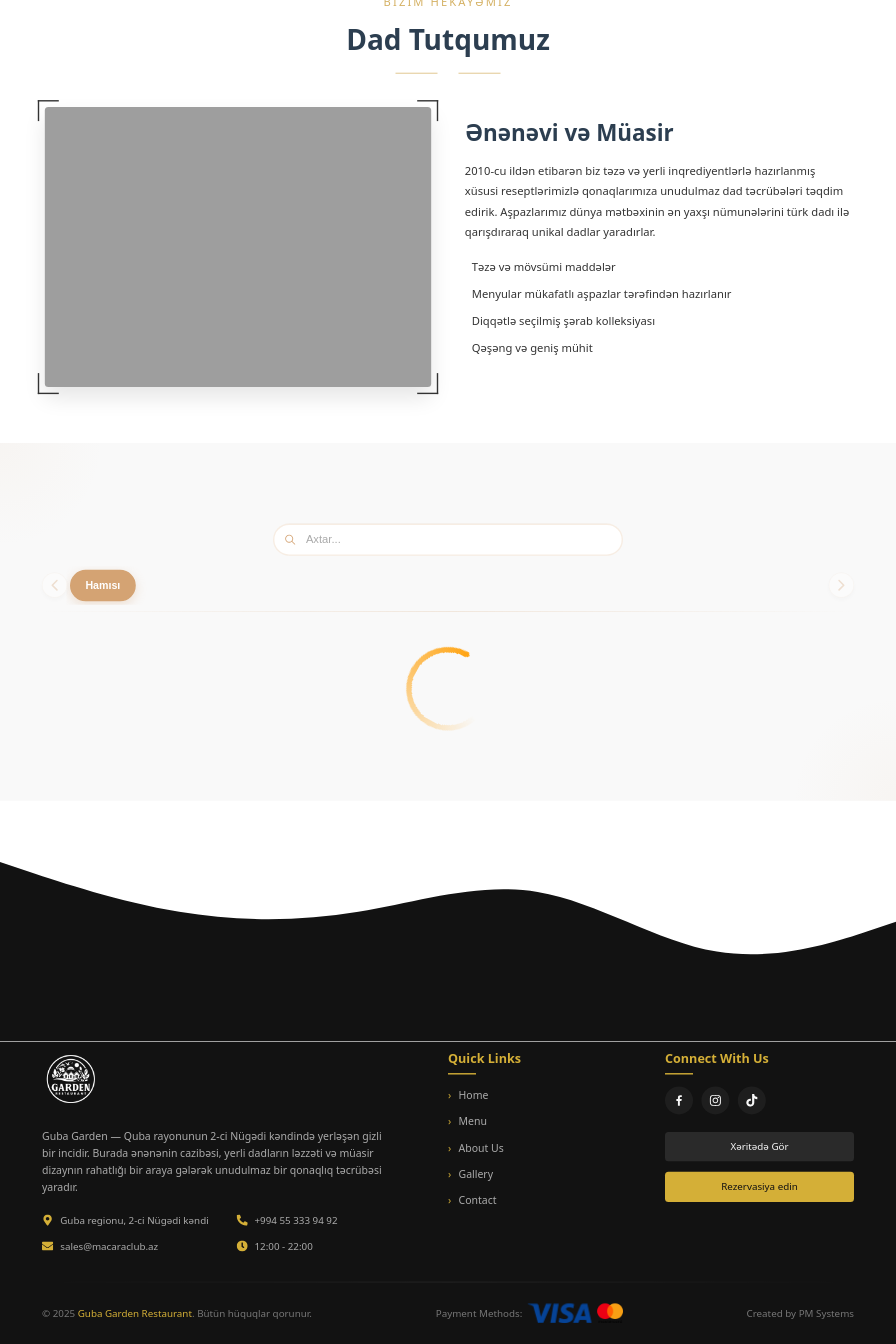
Repository: ferhadsultan98/menu-macara
Page: /
The author's editor kept a copy of each file at every save. The page is drawn from the files as they stood at one save, then again after the next save.
The browser window is 1280 px wide. The pictures show the part of the page from y = 810 to 2730 px (the page is 2730 px tall), at 70% of full size.
Pictures or frames that could not be fetched are drawn as grey boxes. The page's requests for data from a server got no answer. The project was rebuilt for these pictures with package versions that can differ from the ones it lists, and the page was loaded fresh each time. No one was signed in, and anything a server would have sent is missing. Also part of the build but not shown: vite.config.js.

Above is the page before, as saved 2025-04-18 14:44:52.

### index.html
<!doctype html>
<html lang="en">
  <head>
    <meta charset="UTF-8" />
    <link rel="shortcut icon" href="/src/assets/logo.png" type="image/x-icon">
    <meta name="viewport" content="width=device-width, initial-scale=1.0" />
    <title>Guba Garden - Menu</title>
  </head>
  <body>
    <div id="root"></div>
    <script type="module" src="/src/main.jsx"></script>
  </body>
</html>

### src/App.jsx
import React from "react";
import { I18nextProvider } from "react-i18next";
import i18n from "./Languages/i18n";
import "./App.scss";
import MainLayout from "./Components/Common/MainLayout";
import Home from "./Pages/Home/Home";
import MenuSection from "./Pages/MenuSection/MenuSection";

function App() {

  return (
    <I18nextProvider i18n={i18n}>
      <div className="app-container">
        <MainLayout>
        <Home  />
          <MenuSection  />
        </MainLayout>
      </div>
    </I18nextProvider>
  );
}

export default App;

### src/App.scss
* {
  margin: 0;
  padding: 0;
  box-sizing: border-box;
}

body {
  font-family: system-ui, -apple-system, BlinkMacSystemFont, "Segoe UI", Roboto,
    Oxygen, Ubuntu, Cantarell, "Open Sans", "Helvetica Neue", sans-serif;
}

### src/Components/Common/MainLayout.jsx
import React from 'react';
import Header from './Header/Header';
import Footer from './Footer/Footer';

const MainLayout = ({ children }) => {
  return (
    <>
      <Header />
      {children}
      <Footer />
    </>
  );
};

export default MainLayout;

### src/Components/Common/Header/Header.jsx
import { useState, useEffect, useRef } from "react";
import "./Header.scss";
import Logo from "../../../assets/logo.png";
import whiteLogo from "../../../assets/logowhite.png";
import { motion, AnimatePresence } from "framer-motion";
import { useTranslation } from "react-i18next";
import { IoRestaurantOutline } from "react-icons/io5";

const Header = () => {
  const [scrolled, setScrolled] = useState(false);
  const [isOpen, setIsOpen] = useState(false);
  const dropdownRef = useRef(null);
  const { t, i18n } = useTranslation();

  const languages = [
    { code: "en", name: "English" },
    { code: "az", name: "Azərbaycan" },
    { code: "ru", name: "Русский" },
  ];

  useEffect(() => {
    const handleScroll = () => {
      const isScrolled = window.scrollY > 20;
      setScrolled(isScrolled);
    };

    window.addEventListener("scroll", handleScroll);
    return () => window.removeEventListener("scroll", handleScroll);
  }, []);

  useEffect(() => {
    const handleClickOutside = (event) => {
      if (dropdownRef.current && !dropdownRef.current.contains(event.target)) {
        setIsOpen(false);
      }
    };

    document.addEventListener("mousedown", handleClickOutside);
    return () => document.removeEventListener("mousedown", handleClickOutside);
  }, []);

  const toggleLanguage = (langCode) => {
    i18n.changeLanguage(langCode);
    setIsOpen(false);
  };

  const toggleMenu = () => {
    setIsOpen(!isOpen);
  };
  const scrollToTop = () => {
    window.scrollTo({ top: 0, behavior: "smooth" });
  };
  const scrollToMenu = () => {
    const menuSection = document.getElementById("menu");
    if (menuSection) {
      menuSection.scrollIntoView({ behavior: "smooth", block: "start" });
    }
  };
  return (
    <header className={`header ${scrolled ? "scrolled" : ""}`}>
      <div className="headerContainer">
        <a onClick={scrollToTop}>
          <div className="logo">
            <img
              src={scrolled ? Logo : whiteLogo}
              alt={scrolled ? "Logo" : "White Logo"}
              className="logo-img"
            />
          </div>
        </a>
        <button className="menu-button" onClick={scrollToMenu}>
        {t("header.menu")}
          <span className="menu-icon">
            <IoRestaurantOutline />
          </span>
        </button>
        <div className="header-actions">
          <div className="lang-dropdown" ref={dropdownRef}>
            <button
              className="lang-current"
              onClick={toggleMenu}
              aria-expanded={isOpen}
            >
              <span>{i18n.language.toUpperCase()}</span>
              <i className={`fas fa-chevron-down ${isOpen ? "open" : ""}`}></i>
            </button>

            <AnimatePresence>
              {isOpen && (
                <motion.ul
                  className="lang-options"
                  initial={{ opacity: 0, y: -10 }}
                  animate={{ opacity: 1, y: 0 }}
                  exit={{ opacity: 0, y: -10 }}
                  transition={{ duration: 0.2 }}
                >
                  {languages.map((lang) => (
                    <motion.li
                      key={lang.code}
                      whileHover={{ backgroundColor: "rgba(0,0,0,0.05)" }}
                      onClick={() => toggleLanguage(lang.code)}
                      className={i18n.language === lang.code ? "active" : ""}
                    >
                      <span className="lang-code">
                        {lang.code.toUpperCase()}
                      </span>
                      <span className="lang-name">{lang.name}</span>
                    </motion.li>
                  ))}
                </motion.ul>
              )}
            </AnimatePresence>
          </div>
        </div>
      </div>
    </header>
  );
};

export default Header;

### src/Components/Common/Footer/Footer.jsx
import React, { useState, useEffect } from "react";
import "./Footer.scss";
import logo from "../../../assets/logowhite.png";
import visaIcon from "../../../assets/visa.png";
import mastercardIcon from "../../../assets/mastercard.png";
import { IoIosArrowUp } from "react-icons/io";
import { GrFacebookOption } from "react-icons/gr";
import { FaInstagram, FaTiktok, FaMapMarkerAlt, FaPhoneAlt, FaEnvelope, FaClock } from "react-icons/fa";
import { useTranslation } from "react-i18next";

const Footer = () => {
  const { t } = useTranslation();
  const [showScrollTop, setShowScrollTop] = useState(false);
  const currentYear = new Date().getFullYear();

  useEffect(() => {
    const handleScroll = () => {
      if (window.scrollY > 300) {
        setShowScrollTop(true);
      } else {
        setShowScrollTop(false);
      }
    };

    window.addEventListener("scroll", handleScroll);

    return () => {
      window.removeEventListener("scroll", handleScroll);
    };
  }, []);

  const scrollToTop = () => {
    window.scrollTo({
      top: 0,
      behavior: "smooth",
    });
  };

  return (
    <footer className="footer">
      <div className="footer-wave">
        <svg xmlns="http://www.w3.org/2000/svg" viewBox="0 0 1440 320">
          <path fill="#121212" fillOpacity="1" d="M0,32L48,48C96,64,192,96,288,112C384,128,480,128,576,112C672,96,768,64,864,80C960,96,1056,160,1152,176C1248,192,1344,160,1392,144L1440,128L1440,320L1392,320C1344,320,1248,320,1152,320C1056,320,960,320,864,320C768,320,672,320,576,320C480,320,384,320,288,320C192,320,96,320,48,320L0,320Z"></path>
        </svg>
      </div>

      <div className="footer-content">
        <div className="container">
          <div className="footer-main">
            <div className="footer-info">
              <img src={logo} alt="Guba Garden Restaurant Logo" className="footer-logo" />
              <p className="footer-description">{t("footer.desc")}</p>
              <div className="footer-contact-items">
                <div className="contact-item">
                  <FaMapMarkerAlt />
                  <span>{t("footer.location")}</span>
                </div>
                <div className="contact-item">
                  <FaPhoneAlt />
                  <span>+994 55 333 94 92</span>
                </div>
                <div className="contact-item">
                  <FaEnvelope />
                  <span>sales@macaraclub.az</span>
                </div>
                <div className="contact-item">
                  <FaClock />
                  <span>12:00 - 22:00</span>
                </div>
              </div>
            </div>

            <div className="footer-quick-links">
              <h4>Quick Links</h4>
              <ul>
                <li><a href="#">Home</a></li>
                <li><a href="#">Menu</a></li>
                <li><a href="#">About Us</a></li>
                <li><a href="#">Gallery</a></li>
                <li><a href="#">Contact</a></li>
              </ul>
            </div>

            <div className="footer-connect">
              <h4>Connect With Us</h4>
              <div className="social-icons">
                <a href="https://facebook.com" aria-label="Facebook" className="social-icon">
                  <GrFacebookOption />
                </a>
                <a href="https://instagram.com" aria-label="Instagram" className="social-icon">
                  <FaInstagram />
                </a>
                <a href="https://tiktok.com" aria-label="TikTok" className="social-icon">
                  <FaTiktok />
                </a>
              </div>

              <div className="footer-actions">
                <a href="https://maps.app.goo.gl/35UcEZzbX2nMFG9H6" className="footer-btn map-btn" target="_blank">
                  {t("footer.viewMap")}
                </a>
                <a href="https://macaraclub.az/" className="footer-btn book-btn" target="_blank">
                  {t("footer.bookaTable")}
                </a>
              </div>
            </div>
          </div>

          <div className="footer-divider"></div>

          <div className="footer-bottom">
            <p className="copyright">
              © {currentYear} <span>Guba Garden Restaurant</span>. {t("footer.allRightReserved")}
            </p>

            <div className="payment-methods">
              <span>Payment Methods:</span>
              <img src={visaIcon} alt="Visa" />
              <img src={mastercardIcon} alt="Mastercard" />
            </div>

            <p className="credits">Created by PM Systems</p>
          </div>
        </div>
      </div>

      <div
        className={`scroll-top ${showScrollTop ? "visible pulse" : ""}`}
        onClick={scrollToTop}
        aria-label="Scroll to top"
      >
        <IoIosArrowUp />
      </div>
    </footer>
  );
};

export default Footer;

### src/Components/Loading/Loading.jsx
import React from "react";
import "./Loading.scss";

const Loading = () => {
  return <div className="restaurantLoader"></div>;
};

export default Loading;

### src/server/server.jsx
// src/server/server.js
import { initializeApp } from "firebase/app";
import { getDatabase, ref, onValue, set, push, remove, update } from "firebase/database";
import { getAnalytics } from "firebase/analytics";

// Firebase configuration
const firebaseConfig = {
  apiKey: "AIzaSyA3iCDoGXoamiNg5rUrGU5uqmnfMHKO9BI",
  authDomain: "gubagarden.firebaseapp.com",
  projectId: "gubagarden",
  storageBucket: "gubagarden.firebasestorage.app",
  messagingSenderId: "920416051355",
  appId: "1:920416051355:web:6acffca1bb687b0d4ca63e",
  measurementId: "G-L77LRCTPG3",
  databaseURL: "https://gubagarden-default-rtdb.firebaseio.com"
};


const app = initializeApp(firebaseConfig);
let analytics = null;


if (typeof window !== 'undefined') {
  try {
    analytics = getAnalytics(app);
  } catch (error) {
    console.error("Analytics failed to initialize:", error);
  }
}

const database = getDatabase(app);

export { database, analytics, ref, onValue, set, push, remove, update };

### src/Components/Common/Footer/Footer.scss
.footer {
  position: relative;
  color: #f8f8f8;
  margin-top: 60px;

  // Wave decoration at the top
  .footer-wave {
    line-height: 0;
    transform: translateY(-1px);

    svg {
      display: block;
    }
  }

  .footer-content {
    background-color: #121212;
    padding: 0 0 30px;
  }

  .container {
    max-width: 1200px;
    margin: 0 auto;
    padding: 0 20px;
  }

  // Main footer section
  .footer-main {
    display: grid;
    grid-template-columns: 2fr 1fr 1fr;
    gap: 40px;
    padding: 10px 0 40px;

    @media (max-width: 992px) {
      grid-template-columns: 1fr 1fr;
    }

    @media (max-width: 768px) {
      grid-template-columns: 1fr;
      gap: 30px;
    }
  }

  // Logo and description section
  .footer-info {
    .footer-logo {
      height: 85px;
      width: auto;
      margin-bottom: 20px;
      object-fit: contain;
    }

    .footer-description {
      color: #ababab;
      font-size: 15px;
      line-height: 1.6;
      margin-bottom: 25px;
      max-width: 90%;
    }
  }

  // Contact items
  .footer-contact-items {
    display: grid;
    grid-template-columns: 1fr 1fr;
    gap: 15px;

    @media (max-width: 576px) {
      grid-template-columns: 1fr;
    }

    .contact-item {
      display: flex;
      align-items: center;
      color: #ababab;
      font-size: 14px;

      svg {
        color: #d4af37;
        margin-right: 10px;
        font-size: 16px;
        flex-shrink: 0;
      }
    }
  }

  // Quick links section
  .footer-quick-links {
    h4 {
      color: #d4af37;
      font-size: 18px;
      font-weight: 600;
      margin-bottom: 25px;
      position: relative;

      &:after {
        content: "";
        position: absolute;
        bottom: -8px;
        left: 0;
        width: 40px;
        height: 2px;
        background-color: #d4af37;
      }
    }

    ul {
      list-style: none;
      padding: 0;
      margin: 0;

      li {
        margin-bottom: 12px;

        a {
          color: #ababab;
          text-decoration: none;
          font-size: 15px;
          transition: all 0.25s ease;
          position: relative;
          padding-left: 15px;

          &:before {
            content: "›";
            position: absolute;
            left: 0;
            color: #d4af37;
          }

          &:hover {
            color: #fff;
            padding-left: 18px;
          }
        }
      }
    }
  }

  // Connect section
  .footer-connect {
    h4 {
      color: #d4af37;
      font-size: 18px;
      font-weight: 600;
      margin-bottom: 25px;
      position: relative;

      &:after {
        content: "";
        position: absolute;
        bottom: -8px;
        left: 0;
        width: 40px;
        height: 2px;
        background-color: #d4af37;
      }
    }

    .social-icons {
      display: flex;
      gap: 12px;
      margin-bottom: 25px;

      .social-icon {
        display: flex;
        align-items: center;
        justify-content: center;
        width: 40px;
        height: 40px;
        border-radius: 50%;
        background-color: rgba(255, 255, 255, 0.05);
        color: #f8f8f8;
        transition: all 0.3s ease;
        font-size: 18px;

        svg {
          display: block;
        }

        &:hover {
          background-color: #d4af37;
          color: #121212;
          transform: translateY(-3px);
        }
      }
    }

    .footer-actions {
      display: flex;
      flex-direction: column;
      gap: 15px;

      .footer-btn {
        display: block;
        padding: 10px 16px;
        border-radius: 5px;
        text-decoration: none;
        text-align: center;
        font-weight: 500;
        font-size: 14px;
        transition: all 0.3s ease;

        &.map-btn {
          background-color: rgba(255, 255, 255, 0.1);
          color: #f8f8f8;

          &:hover {
            background-color: rgba(255, 255, 255, 0.2);
          }
        }

        &.book-btn {
          background-color: #d4af37;
          color: #121212;

          &:hover {
            background-color: darken(#d4af37, 10%);
            transform: translateY(-2px);
          }
        }
      }
    }
  }

  // Divider
  .footer-divider {
    height: 1px;
    background: linear-gradient(to right, rgba(255, 255, 255, 0), rgba(255, 255, 255, 0.1), rgba(255, 255, 255, 0));
    margin-bottom: 30px;
  }

  // Footer bottom section
  .footer-bottom {
    display: flex;
    justify-content: space-between;
    align-items: center;
    flex-wrap: wrap;
    gap: 20px;

    @media (max-width: 768px) {
      flex-direction: column;
      text-align: center;
    }

    .copyright {
      color: #777;
      font-size: 14px;
      margin: 0;

      span {
        color: #d4af37;
      }
    }

    .payment-methods {
      display: flex;
      align-items: center;
      gap: 8px;

      span {
        color: #777;
        font-size: 14px;
      }

      img {
        height: 28px;
        width: auto;
      }
    }

    .credits {
      color: #777;
      font-size: 14px;
      margin: 0;
    }
  }

  // Scroll to top button
  .scroll-top {
    position: fixed;
    bottom: 30px;
    right: 30px;
    width: 45px;
    height: 45px;
    background-color: #d4af37;
    color: #121212;
    border-radius: 50%;
    display: flex;
    align-items: center;
    justify-content: center;
    cursor: pointer;
    opacity: 0;
    visibility: hidden;
    transition: all 0.3s ease;
    box-shadow: 0 3px 12px rgba(0, 0, 0, 0.3);
    z-index: 100;

    svg {
      font-size: 22px;
    }

    &.visible {
      opacity: 1;
      visibility: visible;
    }

    &:hover {
      background-color: lighten(#d4af37, 5%);
      transform: translateY(-5px);
    }

    &.pulse {
      animation: pulse 2s infinite;
    }
  }
}

@keyframes pulse {
  0% {
    box-shadow: 0 0 0 0 rgba(212, 175, 55, 0.7);
  }
  70% {
    box-shadow: 0 0 0 10px rgba(212, 175, 55, 0);
  }
  100% {
    box-shadow: 0 0 0 0 rgba(212, 175, 55, 0);
  }
}

### src/Components/Loading/Loading.scss
.restaurantLoader {
  width: 120px;
  aspect-ratio: 1;
  border-radius: 50%;
  background: radial-gradient(farthest-side, #ffa516 94%, #0000) top/8px 8px
      no-repeat,
    conic-gradient(#0000 30%, #ffa516);
  -webkit-mask: radial-gradient(farthest-side, #0000 calc(100% - 8px), #000 0);
  animation: l13 1s infinite linear;
  display: flex;
  margin: 0 auto;
}
@keyframes l13 {
  100% {
    transform: rotate(1turn);
  }
}

Loaded but not shown: src/main.jsx (common file); src/Languages/AZ/AZ.json (38 lines, source omitted); src/Languages/EN/EN.json (37 lines, source omitted); src/Languages/RU/RU.json (38 lines, source omitted); src/Languages/i18n.js (38 lines, source omitted); src/Pages/MenuSection/MenuSection.scss (1061 lines, source omitted); src/Pages/Home/Home.scss (765 lines, source omitted); src/Pages/MenuSection/MenuSection.jsx (411 lines, source omitted); src/Components/Common/Header/Header.scss (467 lines, source omitted); src/Pages/Home/Home.jsx (192 lines, source omitted); src/index.css (no stored copy; drawn as an empty file)

After the next save:
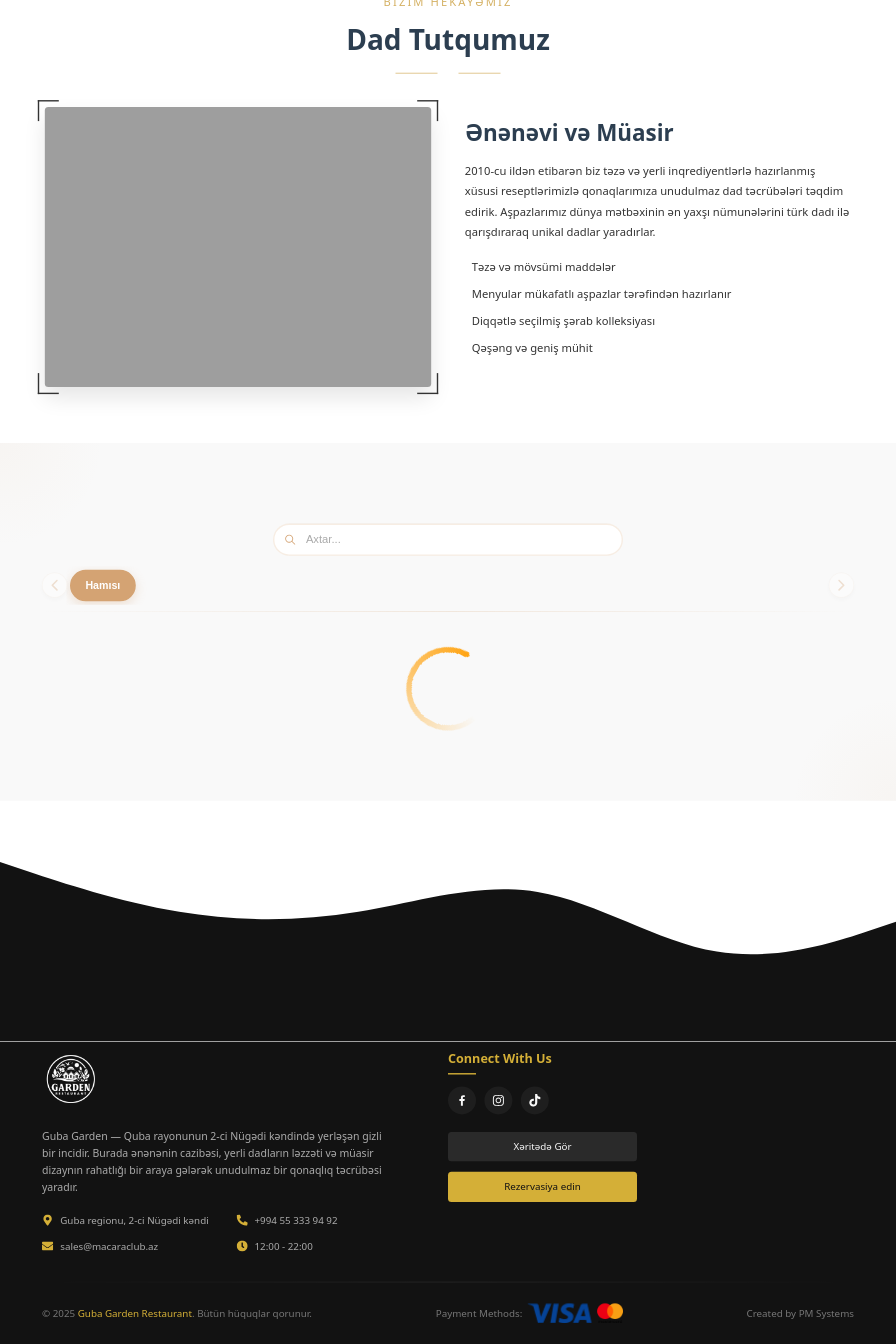
Saved 55 s later.
--- a/src/Components/Common/Footer/Footer.jsx
+++ b/src/Components/Common/Footer/Footer.jsx
@@ -70,16 +70,7 @@ const Footer = () => {
               </div>
             </div>
 
-            <div className="footer-quick-links">
-              <h4>Quick Links</h4>
-              <ul>
-                <li><a href="#">Home</a></li>
-                <li><a href="#">Menu</a></li>
-                <li><a href="#">About Us</a></li>
-                <li><a href="#">Gallery</a></li>
-                <li><a href="#">Contact</a></li>
-              </ul>
-            </div>
+
 
             <div className="footer-connect">
               <h4>Connect With Us</h4>
